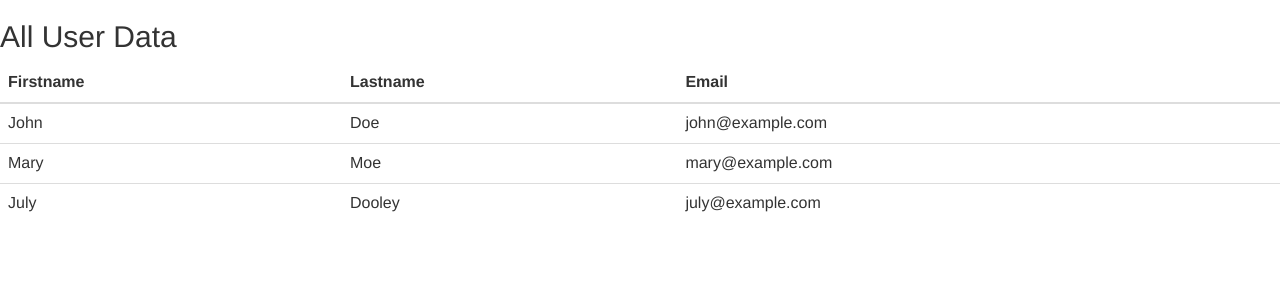
Repository: Asterisc-Institute/Advance-Java-Batch5
Page: http://localhost/Project01/show?page=1
The author's editor kept a copy of each file at every save. The page is drawn from the files as they stood at one save, then again after the next save.
The browser window is 1280 px wide. The pictures show the whole page.
The page is served by Tomcat 9. Other server files are loaded and not shown.

Above is the page before, as saved 2023-05-16 12:26:32.

### Project01/src/service/ShowServ.java
package service;

import java.io.IOException;
import java.io.PrintWriter;
import java.sql.SQLException;
import java.util.ArrayList;

import javax.servlet.ServletException;
import javax.servlet.annotation.WebServlet;
import javax.servlet.http.HttpServlet;
import javax.servlet.http.HttpServletRequest;
import javax.servlet.http.HttpServletResponse;

import model.User;
import model.UserDao;

@WebServlet("/show")
public class ShowServ extends HttpServlet {

	protected void doGet(HttpServletRequest request, HttpServletResponse response) throws ServletException, IOException {
		response.setContentType("text/html");
		PrintWriter out=response.getWriter();

		out.print("<link rel='stylesheet' href='https://maxcdn.bootstrapcdn.com/bootstrap/3.4.1/css/bootstrap.min.css'>");
		out.print("<script src='https://ajax.googleapis.com/ajax/libs/jquery/3.6.4/jquery.min.js'></script>");
		out.print("<script src='https://maxcdn.bootstrapcdn.com/bootstrap/3.4.1/js/bootstrap.min.js'></script>");

		out.print("<div>");
		out.print("<H2>All User Data</H2>");


		UserDao db=new UserDao();


		out.print("<table class='table'>");
		out.print("    <thead>");
		out.print("      <tr>");
		out.print("        <th>Firstname</th>");
		out.print("        <th>Lastname</th>");
		out.print("        <th>Email</th>");
		out.print("      </tr>");
		out.print("    </thead>");
		out.print("    <tbody>");
		out.print("      <tr>");
		out.print("        <td>John</td>");
		out.print("        <td>Doe</td>");
		out.print("        <td>john@example.com</td>");
		out.print("      </tr>");
		out.print("      <tr>");
		out.print("        <td>Mary</td>");
		out.print("        <td>Moe</td>");
		out.print("        <td>mary@example.com</td>");
		out.print("      </tr>");
		out.print("      <tr>");
		out.print("        <td>July</td>");
		out.print("        <td>Dooley</td>");
		out.print("        <td>july@example.com</td>");
		out.print("      </tr>");
		out.print("    </tbody>");
		out.print("</table>");

		out.print("</div>");

		/*
		try {
			ArrayList<User> ul=db.getAllUser();

			for(User u:ul)
			{
			out.print(u+"<br/>");
			}


		} catch (ClassNotFoundException | SQLException e) {
			// TODO Auto-generated catch block
			e.printStackTrace();
		}*/
	}


	protected void doPost(HttpServletRequest request, HttpServletResponse response) throws ServletException, IOException {
		// TODO Auto-generated method stub
		doGet(request, response);
	}

}

### Project01/src/model/UserDao.java
package model;

import java.sql.Connection;
import java.sql.DriverManager;
import java.sql.PreparedStatement;
import java.sql.ResultSet;
import java.sql.SQLException;
import java.util.ArrayList;

public class UserDao {

	String driver = "com.mysql.jdbc.Driver";
	String db_name = "batch5";
	String db_url = "jdbc:mysql://localhost:3306/" + db_name;
	String db_uname = "root";
	String db_upass = "abc123";

	Connection getConnect() throws ClassNotFoundException, SQLException
	{
		Class.forName(driver); //s1
		Connection con = DriverManager.getConnection(db_url, db_uname, db_upass);//s2
		return con;
	}

	public int save(User u) throws ClassNotFoundException, SQLException
	{
		String sql="insert into user_tbl (fname, uname, email, mob, upass, gender) values(?,?,?,?,?,?)";
		Connection con=getConnect();
		PreparedStatement ps=con.prepareStatement(sql);//s3
		ps.setString(1, u.getFname());
		ps.setString(2, u.getUname());
		ps.setString(3, u.getEmail());
		ps.setString(4, u.getMob());
		ps.setString(5, u.getUpass());
		ps.setString(6, u.getGender());

		int a =ps.executeUpdate();//s4

		con.close();//s5
		return a;

	}

	public boolean checkUser(String email) throws ClassNotFoundException, SQLException {
		String sql="select * from user_tbl where email=?";
		Connection con=getConnect();
		PreparedStatement ps=con.prepareStatement(sql);//s3
		ps.setString(1, email);
		ResultSet rs =ps.executeQuery();//s4

		boolean a=rs.absolute(1);

		con.close();//s5

		return a;
	}

	public boolean loginUser(String email, String upass) throws ClassNotFoundException, SQLException {
		String sql="select * from user_tbl where email=? and upass=?";
		Connection con=getConnect();
		PreparedStatement ps=con.prepareStatement(sql);//s3
		ps.setString(1, email);
		ps.setString(2, upass);
		ResultSet rs =ps.executeQuery();//s4

		boolean a=rs.absolute(1);

		con.close();//s5

		return a;
	}

	public ArrayList<User> getAllUser() throws ClassNotFoundException, SQLException {
		String sql="select * from user_tbl";
		Connection con=getConnect();
		PreparedStatement ps=con.prepareStatement(sql);//s3

		ResultSet rs =ps.executeQuery();//s4

		ArrayList<User> ul=new ArrayList<>();

		while(rs.next())
		{ //uid, fname, uname, email, mob, upass, gender
			User u=new User(rs.getInt(1), rs.getString(2),  rs.getString(3),  rs.getString(4),  rs.getString(5),  rs.getString(6),  rs.getString(7));
			ul.add(u);
		}

		con.close();//s5

		return ul;
	}

}

After the next save:
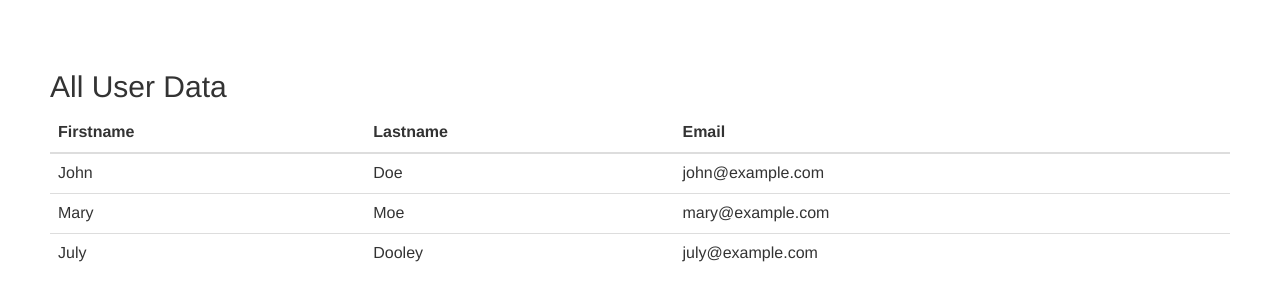
Saved 67 s later.
--- a/Project01/src/service/ShowServ.java
+++ b/Project01/src/service/ShowServ.java
@@ -25,7 +25,7 @@ public class ShowServ extends HttpServlet {
 		out.print("<script src='https://ajax.googleapis.com/ajax/libs/jquery/3.6.4/jquery.min.js'></script>");
 		out.print("<script src='https://maxcdn.bootstrapcdn.com/bootstrap/3.4.1/js/bootstrap.min.js'></script>");
 
-		out.print("<div>");
+		out.print("<div style='padding:50px'>");
 		out.print("<H2>All User Data</H2>");
 
 
